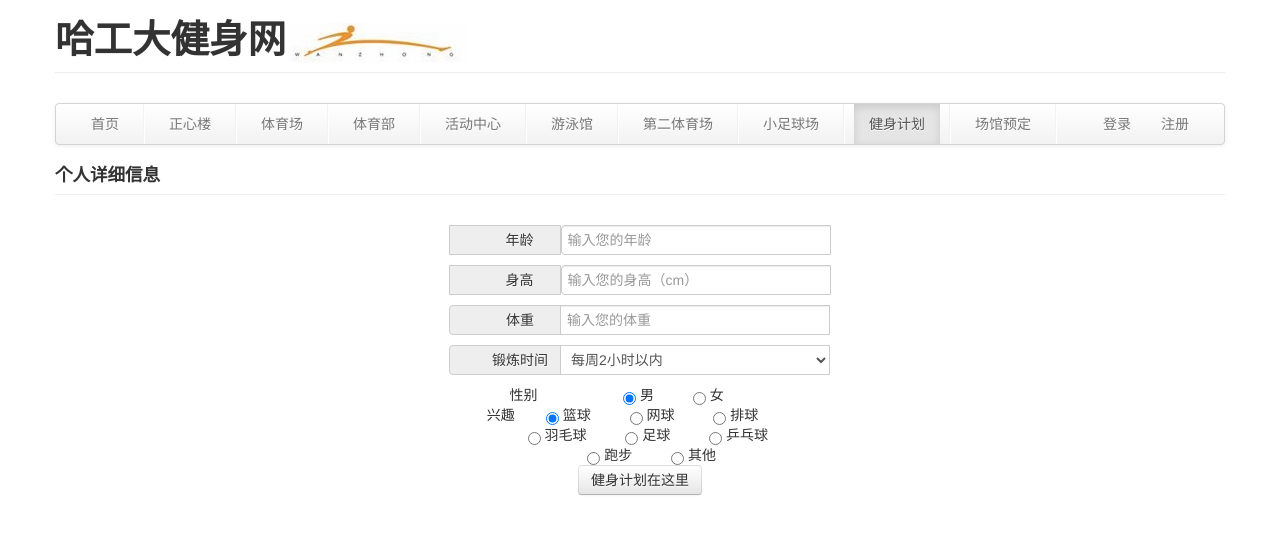
Repository: hitDeveloper/fitness
Page: http://localhost/project/myplan.jsp
The author's editor kept a copy of each file at every save. The page is drawn from the files as they stood at one save, then again after the next save.
The browser window is 1280 px wide. The pictures show the whole page.
The page is served by Tomcat 9. Nobody is signed in. The application's start-up code is not run. Other server files are loaded and not shown.

Above is the page before, as saved 2014-11-19 01:17:43.

### Project/project/WebRoot/myplan.jsp
<%@ page language="java" import="java.util.*" pageEncoding="UTF-8"%>
<!DOCTYPE html>
<html>
<head>
<title>首页</title>
	<meta name="viewport" content="width=device-width, initial-scale=1.0"  charset="utf-8">
	<link href="bootstrap.min.css" rel="stylesheet" type="text/css" media="screen">
	<link href="bootstrap-responsive.min.css" rel="stylesheet" type="text/css">
</head>
<body>
<div class="container">
<h1 class="page-header" >哈工大健身网<img src="image/logo.jpg"></h1>
<div class="navbar">
<div class="navbar-inner">
<div class="container">
<ul class="nav">
	<li><a href="main.jsp">首页</a></li>
	<li class="divider-vertical"></li>
	<li><a href="zhengxin.jsp">正心楼</a></li>
	<li class="divider-vertical"></li>
	<li><a href="gym.jsp">体育场</a></li>
	<li class="divider-vertical"></li>
	<li><a href="tiyubu.jsp">体育部</a></li>
	<li class="divider-vertical"></li>
	<li><a href="center.jsp">活动中心</a></li>
	<li class="divider-vertical"></li>
	<li><a href="swimming.jsp">游泳馆</a></li>
	<li class="divider-vertical"></li>
	<li><a href="gym2.jsp">第二体育场</a></li>
	<li class="divider-vertical"></li>
	<li><a href="xiaozuqiuchang.jsp">小足球场</a></li>
	<li class="divider-vertical"></li>
	<li class="active"><a href="myplan.jsp">健身计划</a></li>
	<li class="divider-vertical"></li>
	<li><a href="book.jsp">场馆预定</a></li>
	<li class="divider-vertical"></li>
</ul>
<ul class="nav pull-right">
	<li><a href="login.jsp">登录</a></li>
	<li><a href="register.jsp">注册</a></li>
</ul>
</div>
</div>
</div>
<h4 class="page-header">个人详细信息</h4>
<div align="center">
<div class="input-append">
<span class="add-on"><div class="span1" align="center">年龄</div></span>
<input type="text" placeholder="输入您的年龄" class="span3" name="age" />
</div></div>
<div align="center">
<div class="input-append">
<span class="add-on"><div class="span1" align="center">身高</div></span>
<input type="password" placeholder="输入您的身高（cm）" class="span3" name="height" />
</div></div>
<div align="center">
<div class="input-prepend input-append">
<span class="add-on"><div class="span1" align="center">体重</div></span>
<input type="password" placeholder="输入您的体重" class="span3" name="weight" />
</div></div>
<div align="center">
<div class="input-prepend input-append">
<span class="add-on"><div class="span1" align="center">锻炼时间</div></span>
<select class="span3" name="payTime">
<option value="每周2小时以内">每周2小时以内</option>
<option value="每周2-5小时之间">每周2-5小时之间</option>
<option value="每周5小时以上">每周5小时以上</option>
</select>
</div></div>
<div align="center">
	 性别&nbsp;&nbsp;&nbsp;&nbsp;&nbsp;&nbsp;&nbsp;&nbsp;&nbsp;&nbsp;&nbsp;&nbsp;&nbsp;&nbsp;&nbsp;&nbsp;&nbsp;&nbsp;&nbsp;&nbsp;&nbsp;
     <input type="radio" name="gender" value="男" checked> 男&nbsp;&nbsp;&nbsp;&nbsp;&nbsp;&nbsp;&nbsp;&nbsp;&nbsp;
     <input type="radio" name="gender" value="女"> 女&nbsp;&nbsp;&nbsp;&nbsp;&nbsp;&nbsp;&nbsp;&nbsp;&nbsp;&nbsp;&nbsp;&nbsp;
</div>
<div align="center">
	 兴趣&nbsp;&nbsp;&nbsp;&nbsp;&nbsp;&nbsp;&nbsp;
     <input type="radio" name="hobby" value="篮球" checked> 篮球&nbsp;&nbsp;&nbsp;&nbsp;&nbsp;&nbsp;&nbsp;&nbsp;&nbsp;
     <input type="radio" name="hobby" value="网球">         网球&nbsp;&nbsp;&nbsp;&nbsp;&nbsp;&nbsp;&nbsp;&nbsp;&nbsp;
     <input type="radio" name="hobby" value="排球">         排球&nbsp;&nbsp;&nbsp;&nbsp;&nbsp;&nbsp;&nbsp;&nbsp;&nbsp;<br>
     &nbsp;&nbsp;&nbsp;&nbsp;&nbsp;&nbsp;&nbsp;&nbsp;&nbsp;&nbsp;&nbsp;&nbsp;
     <input type="radio" name="hobby" value="羽毛球">         羽毛球&nbsp;&nbsp;&nbsp;&nbsp;&nbsp;&nbsp;&nbsp;&nbsp;&nbsp;
     <input type="radio" name="hobby" value="足球">         足球&nbsp;&nbsp;&nbsp;&nbsp;&nbsp;&nbsp;&nbsp;&nbsp;&nbsp;
     <input type="radio" name="hobby" value="乒乓球">         乒乓球&nbsp;&nbsp;&nbsp;&nbsp;&nbsp;&nbsp;&nbsp;&nbsp;&nbsp;<br>
     &nbsp;&nbsp;&nbsp;&nbsp;&nbsp;&nbsp;&nbsp;&nbsp;&nbsp;&nbsp;&nbsp;&nbsp;&nbsp;&nbsp;
     <input type="radio" name="hobby" value="跑步">         跑步&nbsp;&nbsp;&nbsp;&nbsp;&nbsp;&nbsp;&nbsp;&nbsp;&nbsp;
     <input type="radio" name="hobby" value="足球">         其他&nbsp;&nbsp;&nbsp;&nbsp;&nbsp;&nbsp;&nbsp;&nbsp;&nbsp;
</div>
<div align="center">
	<input class="btn" type="submit" value="健身计划在这里"/>
</div>

</div>
		<script src="jquery-1.11.1.min.js"></script>
		<script src="bootstrap.min.js"></script>
</body>
</html>

Loaded but not shown: Project/project/WebRoot/bootstrap.min.css (library); Project/project/WebRoot/bootstrap-responsive.min.css (library); Project/project/WebRoot/jquery-1.11.1.min.js (library); Project/project/WebRoot/bootstrap.min.js (library)

After the next save:
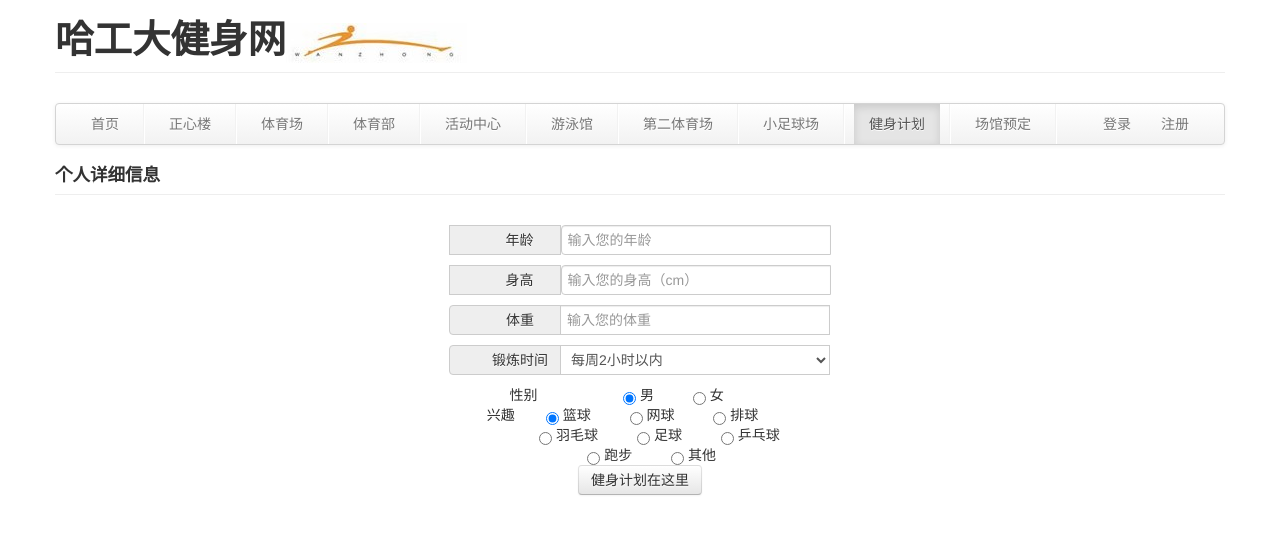
Saved 12 s later.
--- a/Project/project/WebRoot/myplan.jsp
+++ b/Project/project/WebRoot/myplan.jsp
@@ -77,7 +77,7 @@
      <input type="radio" name="hobby" value="篮球" checked> 篮球&nbsp;&nbsp;&nbsp;&nbsp;&nbsp;&nbsp;&nbsp;&nbsp;&nbsp;
      <input type="radio" name="hobby" value="网球">         网球&nbsp;&nbsp;&nbsp;&nbsp;&nbsp;&nbsp;&nbsp;&nbsp;&nbsp;
      <input type="radio" name="hobby" value="排球">         排球&nbsp;&nbsp;&nbsp;&nbsp;&nbsp;&nbsp;&nbsp;&nbsp;&nbsp;<br>
-     &nbsp;&nbsp;&nbsp;&nbsp;&nbsp;&nbsp;&nbsp;&nbsp;&nbsp;&nbsp;&nbsp;&nbsp;
+     &nbsp;&nbsp;&nbsp;&nbsp;&nbsp;&nbsp;&nbsp;&nbsp;&nbsp;&nbsp;&nbsp;&nbsp;&nbsp;&nbsp;&nbsp;&nbsp;&nbsp;&nbsp;
      <input type="radio" name="hobby" value="羽毛球">         羽毛球&nbsp;&nbsp;&nbsp;&nbsp;&nbsp;&nbsp;&nbsp;&nbsp;&nbsp;
      <input type="radio" name="hobby" value="足球">         足球&nbsp;&nbsp;&nbsp;&nbsp;&nbsp;&nbsp;&nbsp;&nbsp;&nbsp;
      <input type="radio" name="hobby" value="乒乓球">         乒乓球&nbsp;&nbsp;&nbsp;&nbsp;&nbsp;&nbsp;&nbsp;&nbsp;&nbsp;<br>
